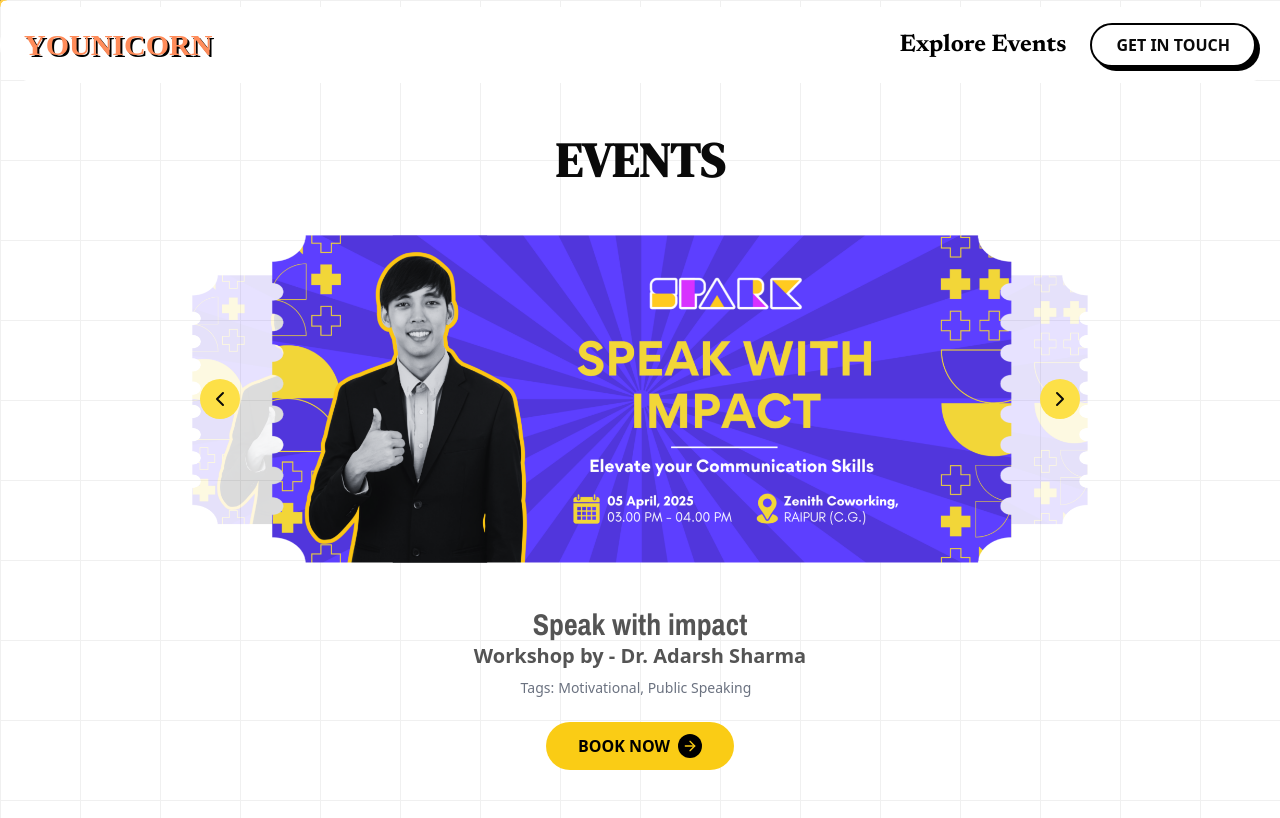
Repository: as-avni/dreamersite
Page: /events
An editor plug-in stored every save of this project. The page is shown before and after a run of saves, followed by the edit.
The browser window is 1280 px wide. The pictures show the whole page.
Some web fonts or font styles are not loaded; a fallback is used. The project was rebuilt for these pictures with package versions that can differ from the ones it lists, and the page was loaded fresh each time. The framework's server and built-in components were replaced by stand-ins that run in the browser. Also part of the build but not shown: next.config.ts.

Above is the page before, as saved 2025-03-27 17:46:19.

### src/app/layout.tsx

import type { Metadata } from "next";
import { Geist, Geist_Mono } from "next/font/google";
import "./globals.css";
import Header from "@/components/navbar";

const geistSans = Geist({
  variable: "--font-geist-sans",
  subsets: ["latin"],
});

const geistMono = Geist_Mono({
  variable: "--font-geist-mono",
  subsets: ["latin"],
});

export const metadata: Metadata = {
  title: "Younicorn",
  description: "A community of entrepreneurs, aspiring entrepreneurs, leaders and professionals from any industry who come together to gain and give massive exposure to the leaders of tomorrow.",
};

export default function RootLayout({
  children,
}: Readonly<{
  children: React.ReactNode;
}>) {
  return (
    <html lang="en">
      <body className={`${geistSans.variable} ${geistMono.variable}`}>
        <Header />
        {children}
      </body>
    </html>
  );
}

### src/app/events/page.tsx
import CustomCursor from "@/hooks/CustomCursor"
import EventsPage from "./events-page"

export default function Home() {
    return (
        <main className="min-h-screen bg-white font-sans antialiased">
        <CustomCursor />
        <EventsPage />
        </main>
    )
}

### src/app/globals.css
@import url('https://fonts.googleapis.com/css2?family=Anek+Devanagari:wght@100..800&family=Khand:wght@300;400;500;600;700&family=Newsreader:ital,opsz,wght@0,6..72,200..800;1,6..72,200..800&family=Noto+Sans:ital,wght@0,100..900;1,100..900&family=Poppins:ital,wght@0,100;0,200;0,300;0,400;0,500;0,600;0,700;0,800;0,900;1,100;1,200;1,300;1,400;1,500;1,600;1,700;1,800;1,900&family=Rampart+One&display=swap');
@import url('https://fonts.googleapis.com/css2?family=Anek+Devanagari:wght@100..800&family=Archivo+Narrow:ital,wght@0,400..700;1,400..700&family=Khand:wght@300;400;500;600;700&family=Newsreader:ital,opsz,wght@0,6..72,200..800;1,6..72,200..800&family=Noto+Sans:ital,wght@0,100..900;1,100..900&family=Poppins:ital,wght@0,100;0,200;0,300;0,400;0,500;0,600;0,700;0,800;0,900;1,100;1,200;1,300;1,400;1,500;1,600;1,700;1,800;1,900&family=Rampart+One&display=swap');
@import url('https://fonts.googleapis.com/css2?family=Archivo+Narrow:ital,wght@0,400..700;1,400..700&display=swap');

@import url('https://fonts.googleapis.com/css2?family=DM+Serif+Display:ital@0;1&display=swap');


@tailwind base;
@tailwind components;
@tailwind utilities;

html,
body {
  max-width: 100vw;
  overflow-x: hidden;
}

* {
  cursor: none;
}
input, textarea, button, select, a {
  cursor: auto;
}

.blinking-cursor {
  display: inline-block;
  width: 10px;
  height: 5rem; /* Adjust height to match text size */
  vertical-align: middle; /* Align with text */
  animation: blink 0.8s steps(2, start) infinite;
  font-family: 'Courier New', monospace;
}

@keyframes blink {
  50% {
    opacity: 0;
  }
}

body {
  -webkit-font-smoothing: antialiased;
  -moz-osx-font-smoothing: grayscale;

}



* {
  box-sizing: border-box;
  padding: 0;
  margin: 0;
}

a {
  color: inherit;
  text-decoration: none;
}

@media (prefers-color-scheme: dark) {
  html {
    color-scheme: dark;
  }
}

@layer base {
  :root {
    --background: 0 0% 100%;
    --foreground: 0 0% 3.9%;
    --card: 0 0% 100%;
    --card-foreground: 0 0% 3.9%;
    --popover: 0 0% 100%;
    --popover-foreground: 0 0% 3.9%;
    --primary: 0 0% 9%;
    --primary-foreground: 0 0% 98%;
    --secondary: 0 0% 96.1%;
    --secondary-foreground: 0 0% 9%;
    --muted: 0 0% 96.1%;
    --muted-foreground: 0 0% 45.1%;
    --accent: 0 0% 96.1%;
    --accent-foreground: 0 0% 9%;
    --destructive: 0 84.2% 60.2%;
    --destructive-foreground: 0 0% 98%;
    --border: 0 0% 89.8%;
    --input: 0 0% 89.8%;
    --ring: 0 0% 3.9%;
    --chart-1: 12 76% 61%;
    --chart-2: 173 58% 39%;
    --chart-3: 197 37% 24%;
    --chart-4: 43 74% 66%;
    --chart-5: 27 87% 67%;
    --radius: 0.5rem;
  }
  .dark {
    --background: 0 0% 3.9%;
    --foreground: 0 0% 98%;
    --card: 0 0% 3.9%;
    --card-foreground: 0 0% 98%;
    --popover: 0 0% 3.9%;
    --popover-foreground: 0 0% 98%;
    --primary: 0 0% 98%;
    --primary-foreground: 0 0% 9%;
    --secondary: 0 0% 14.9%;
    --secondary-foreground: 0 0% 98%;
    --muted: 0 0% 14.9%;
    --muted-foreground: 0 0% 63.9%;
    --accent: 0 0% 14.9%;
    --accent-foreground: 0 0% 98%;
    --destructive: 0 62.8% 30.6%;
    --destructive-foreground: 0 0% 98%;
    --border: 0 0% 14.9%;
    --input: 0 0% 14.9%;
    --ring: 0 0% 83.1%;
    --chart-1: 220 70% 50%;
    --chart-2: 160 60% 45%;
    --chart-3: 30 80% 55%;
    --chart-4: 280 65% 60%;
    --chart-5: 340 75% 55%;
  }
}

@layer base {
  * {
    @apply border-border;
  }
  body {
    @apply bg-background text-foreground;
  }
}

### src/components/navbar.tsx
"use client";

import { useState } from "react";
import Link from "next/link";

export default function Header() {
  const [isOpen, setIsOpen] = useState(false);

  return (
    <header className="w-full py-4 px-6 flex items-center fixed justify-between top-[1%] z-50 bg-white bg-opacity-100 backdrop-blur-md rounded-full">
      {/* Logo */}
      <div className="flex-shrink-0">
        <Link href="/">
          <span
            className="text-3xl font-extrabold tracking-normal"
            style={{
              color: "#FF8C5A",
              textShadow: "2px 2px 0 #000",
              fontFamily: "Rampart One, cursive",
            }}
          >
            YOUNICORN
          </span>
        </Link>
      </div>

      {/* Mobile Menu Toggle */}
      <button
        className="md:hidden text-3xl"
        onClick={() => setIsOpen(!isOpen)}
      >
        ☰
      </button>

      {/* Navigation Links */}
      <div
        className={`flex flex-col md:flex-row items-center gap-6 ${
          isOpen ? "block" : "hidden md:flex"
        } absolute md:static top-16 left-0 w-full md:w-auto bg-white md:bg-transparent shadow-md md:shadow-none rounded-lg md:rounded-none p-4 md:p-0`}
      >
        <div className="flex flex-col md:flex-row items-center gap-4 md:gap-6 w-full md:w-auto space-y-4 md:space-y-0">
          <Link
            href="/events"
            className="font-bold text-2xl/7 text-black font-newsreader"
          >
            Explore Events
          </Link>

          <Link href="/contact">
            <div className="relative group">
              <div className="absolute inset-0 bg-black rounded-full translate-x-1 translate-y-1"></div>
              <button className="relative bg-white border-2 border-black rounded-full px-6 py-2 font-bold transition-transform group-hover:-translate-x-0.5 group-hover:-translate-y-0.5">
                GET IN TOUCH
              </button>
            </div>
          </Link>
        </div>
      </div>
    </header>
  );
}

### src/hooks/CustomCursor.tsx
"use client";

import { useEffect, useState } from "react";
import Image from "next/image";

export default function CustomCursor() {
  const [position, setPosition] = useState<{ x: number; y: number }>({ x: 0, y: 0 });

  useEffect(() => {
    const moveCursor = (e: MouseEvent) => {
      setPosition({ x: e.clientX, y: e.clientY });
    };

    window.addEventListener("mousemove", moveCursor);
    return () => window.removeEventListener("mousemove", moveCursor);
  }, []);

  return (
    <div
      style={{
        position: "fixed",  // Changed from "absolute" to "fixed"
        top: `${position.y}px`,
        left: `${position.x}px`,
        transform: "translate(-50%, -50%)",
        pointerEvents: "none",
        zIndex: 9999,  // Ensures it's above all elements
      }}
    >
      <Image src="/cursor.png" alt="Custom Cursor" width={40} height={40} />
    </div>
  );
}

### src/app/events/events-page.tsx
"use client"

import { useState } from "react"
import { ArrowRight, ChevronLeft, ChevronRight } from "lucide-react"
import Image from "next/image"
// import Link from "next/link"

// Event data
const events = [
{
    id: 1,
    image: "/images/event-ticket.png",
    title: "Speak with impact",
    presenter: "Dr. Adarsh Sharma",
    tags: ["Motivational", "Public Speaking"],
},
{
    id: 2,
    image: "/images/event-ticket.png",
    title: "Design Thinking Workshop",
    presenter: "Sarah Johnson",
    tags: ["Design", "Innovation"],
},
{
    id: 3,
    image: "/images/event-ticket.png",
    title: "Startup Funding Masterclass",
    presenter: "Michael Chen",
    tags: ["Business", "Finance"],
},
]

export default function EventsPage() {
const [currentIndex, setCurrentIndex] = useState(0)
const currentEvent = events[currentIndex]

const goToPrevious = () => {
    const isFirstSlide = currentIndex === 0
    const newIndex = isFirstSlide ? events.length - 1 : currentIndex - 1
    setCurrentIndex(newIndex)
}

const goToNext = () => {
    const isLastSlide = currentIndex === events.length - 1
    const newIndex = isLastSlide ? 0 : currentIndex + 1
    setCurrentIndex(newIndex)
}

return (
    <div className="min-h-screen bg-white bg-[linear-gradient(#f0f0f0_1px,transparent_1px),linear-gradient(90deg,#f0f0f0_1px,transparent_1px)] bg-[size:80px_80px] flex flex-col items-center px-4 py-8">


    {/* Events Heading */}8
    <h1 className="text-5xl font-bold mt-20 font-dmSerif">EVENTS</h1>

    {/* Event Carousel */}
    <div className="w-full max-w-4xl relative mb-8 my-10">
        {/* Navigation Arrows */}
        <button
        onClick={goToPrevious}
        className="absolute left-2 top-1/2 -translate-y-1/2 bg-yellow-300 rounded-full p-2 z-10 hover:bg-yellow-400 transition-colors"
        >
        <ChevronLeft className="h-6 w-6" />
        </button>
        <button
        onClick={goToNext}
        className="absolute right-2 top-1/2 -translate-y-1/2 bg-yellow-300 rounded-full p-2 z-10 hover:bg-yellow-400 transition-colors"
        >
        <ChevronRight className="h-6 w-6" />
        </button>

        {/* Event Ticket/Banner Image */}
        <div className="w-full h-[350px] rounded-2xl overflow-hidden">
            <Image
                src={currentEvent.image || "/placeholder.svg"}
                alt={currentEvent.title}
                width={800}
                height={220}
                className="w-full h-full object-contain"
            />
        </div>
    </div>

    {/* Event Details - Changes based on current carousel item */}
    <div className="text-center mb-4">
        <h2 className="text-3xl font-bold font-archivenarrow text-[#545454] tracking-normal">{currentEvent.title}</h2>
        <p className="text-xl text-[#545454] font-semibold mb-2">Workshop by - {currentEvent.presenter}</p>

        <div className="flex justify-center items-center mb-6">
        <div className="inline-flex items-center">
            <span className="text-sm text-gray-500">Tags: </span>
            <span className="text-sm text-gray-500 ml-1">{currentEvent.tags.join(", ")}</span>
        </div>
        <div className="ml-2 text-yellow-500">
            {/* <svg width="16" height="16" viewBox="0 0 24 24" fill="none" xmlns="http://www.w3.org/2000/svg"> */}
            {/* <path d="M12 3L20 10L12 17L4 10L12 3Z" fill="currentColor" /> */}
            {/* </svg> */}
        </div>
        </div>

        <button className="bg-yellow-400 text-black px-8 py-3 rounded-full font-bold flex items-center mx-auto hover:bg-yellow-500 transition-colors">
        <span>BOOK NOW</span>
        <div className="ml-2 bg-black rounded-full p-1">
            <ArrowRight className="h-4 w-4 text-yellow-400" />
        </div>
        </button>
    </div>
    </div>
)
}

### tailwind.config.js
/** @type {import('tailwindcss').Config} */
module.exports = {
    darkMode: ["class"],
    content: [
    "./app/**/*.{js,ts,jsx,tsx,mdx}",
    "./pages/**/*.{js,ts,jsx,tsx,mdx}",
    "./components/**/*.{js,ts,jsx,tsx,mdx}",
    "./src/**/*.{js,ts,jsx,tsx,mdx}",
],
	theme: {
		extend: {
			fontFamily: {
				poppins: [
					'Poppins',
					'sans-serif'
				],
				notosans: [
					'Noto Sans',
					'sans-serif'
				],
				rampartone: [
					'Rampart One',
					'cursive'
				],
				newsreader: [
					'Newsreader',
					'serif'
				],
				pacifico: [
					'Pacifico',
					'cursive'
				],
				dmSerif: [
					'DM Serif Display',
					"serif"
				],
				archivenarrow: [
					'Archivo Narrow',
					'sans-serif'
				]
			},
			borderRadius: {
				lg: 'var(--radius)',
				md: 'calc(var(--radius) - 2px)',
				sm: 'calc(var(--radius) - 4px)'
			},
			colors: {
				background: 'hsl(var(--background))',
				foreground: 'hsl(var(--foreground))',
				card: {
					DEFAULT: 'hsl(var(--card))',
					foreground: 'hsl(var(--card-foreground))'
				},
				popover: {
					DEFAULT: 'hsl(var(--popover))',
					foreground: 'hsl(var(--popover-foreground))'
				},
				primary: {
					DEFAULT: 'hsl(var(--primary))',
					foreground: 'hsl(var(--primary-foreground))'
				},
				secondary: {
					DEFAULT: 'hsl(var(--secondary))',
					foreground: 'hsl(var(--secondary-foreground))'
				},
				muted: {
					DEFAULT: 'hsl(var(--muted))',
					foreground: 'hsl(var(--muted-foreground))'
				},
				accent: {
					DEFAULT: 'hsl(var(--accent))',
					foreground: 'hsl(var(--accent-foreground))'
				},
				destructive: {
					DEFAULT: 'hsl(var(--destructive))',
					foreground: 'hsl(var(--destructive-foreground))'
				},
				border: 'hsl(var(--border))',
				input: 'hsl(var(--input))',
				ring: 'hsl(var(--ring))',
				chart: {
					'1': 'hsl(var(--chart-1))',
					'2': 'hsl(var(--chart-2))',
					'3': 'hsl(var(--chart-3))',
					'4': 'hsl(var(--chart-4))',
					'5': 'hsl(var(--chart-5))'
				}
			}
		}
	},
	plugins: [import("tailwindcss-animate")],
	}

After the next 4 saves:
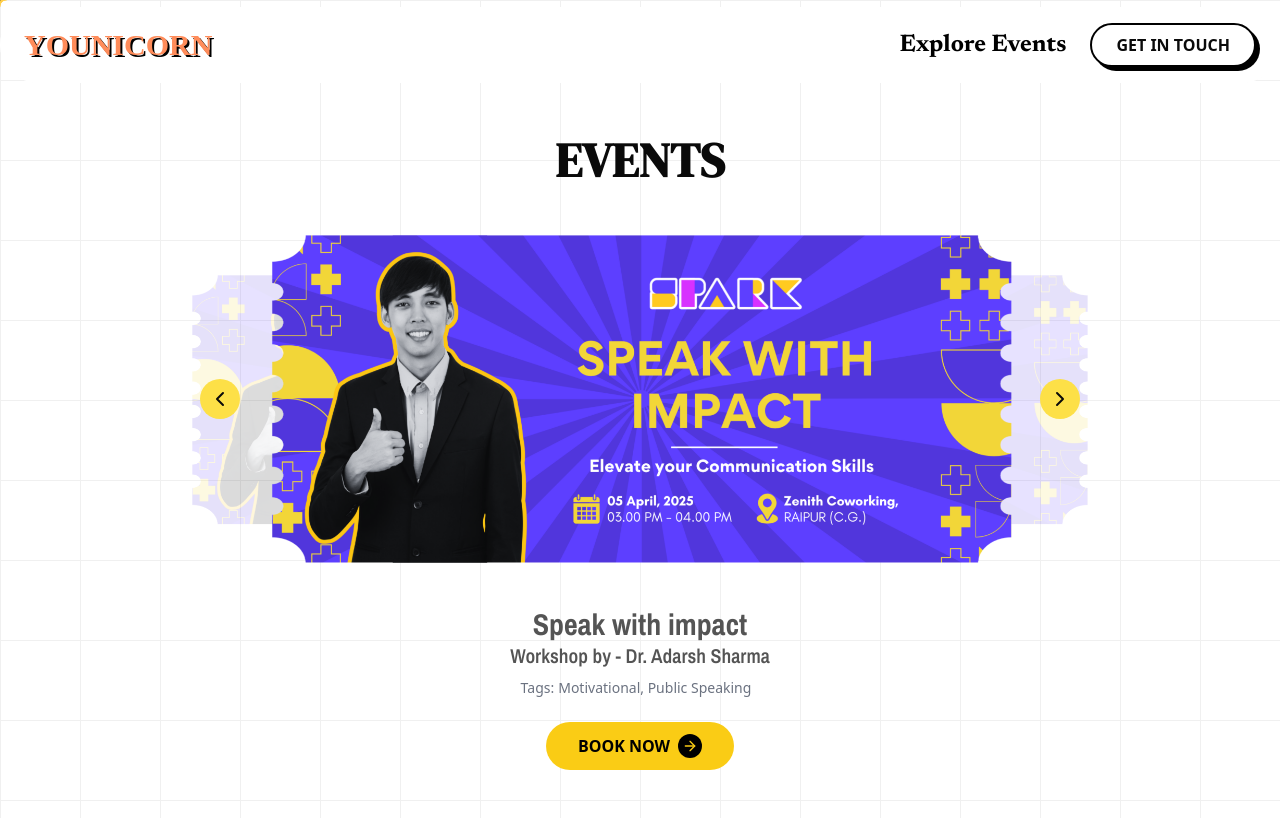
The 4 saves are shown as one change because they came seconds apart.
The last was saved 22 s later.
--- a/src/app/events/events-page.tsx
+++ b/src/app/events/events-page.tsx
@@ -84,7 +84,7 @@ return (
     {/* Event Details - Changes based on current carousel item */}
     <div className="text-center mb-4">
         <h2 className="text-3xl font-bold font-archivenarrow text-[#545454] tracking-normal">{currentEvent.title}</h2>
-        <p className="text-xl text-[#545454] font-semibold mb-2">Workshop by - {currentEvent.presenter}</p>
+        <p className="text-xl font-archivenarrow text-[#545454] font-semibold mb-2">Workshop by - {currentEvent.presenter}</p>
 
         <div className="flex justify-center items-center mb-6">
         <div className="inline-flex items-center">
